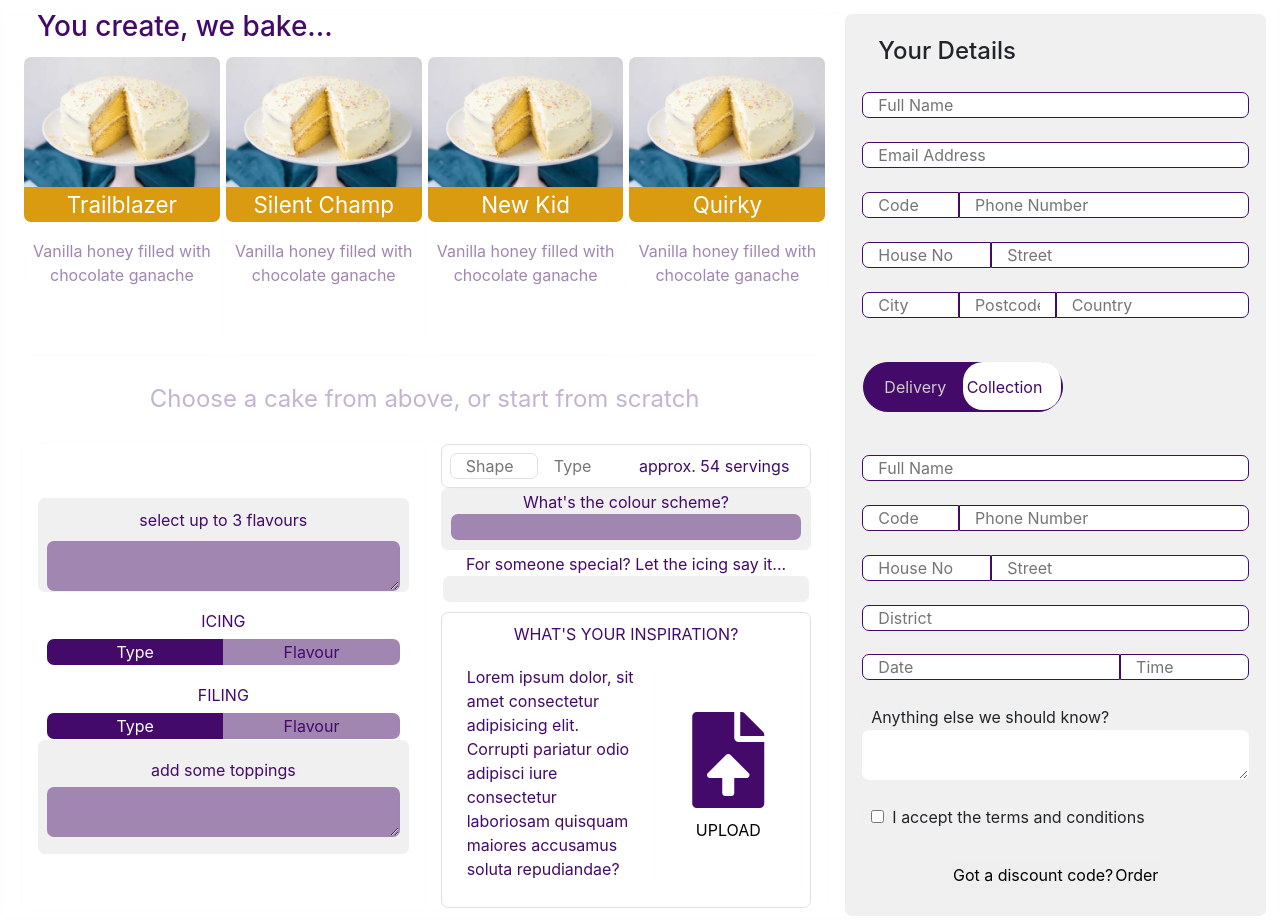
Repository: I-Alpha/BakeryOrderForm
Page: Order-Page.html
These files come from the project's save history. The page is drawn as it stood at one moment and after a run of saves; the edit follows.
The browser window is 1280 px wide. The pictures show the whole page.

Above is the page before, as saved 2020-12-29 05:12:33.

After the next 2 saves:
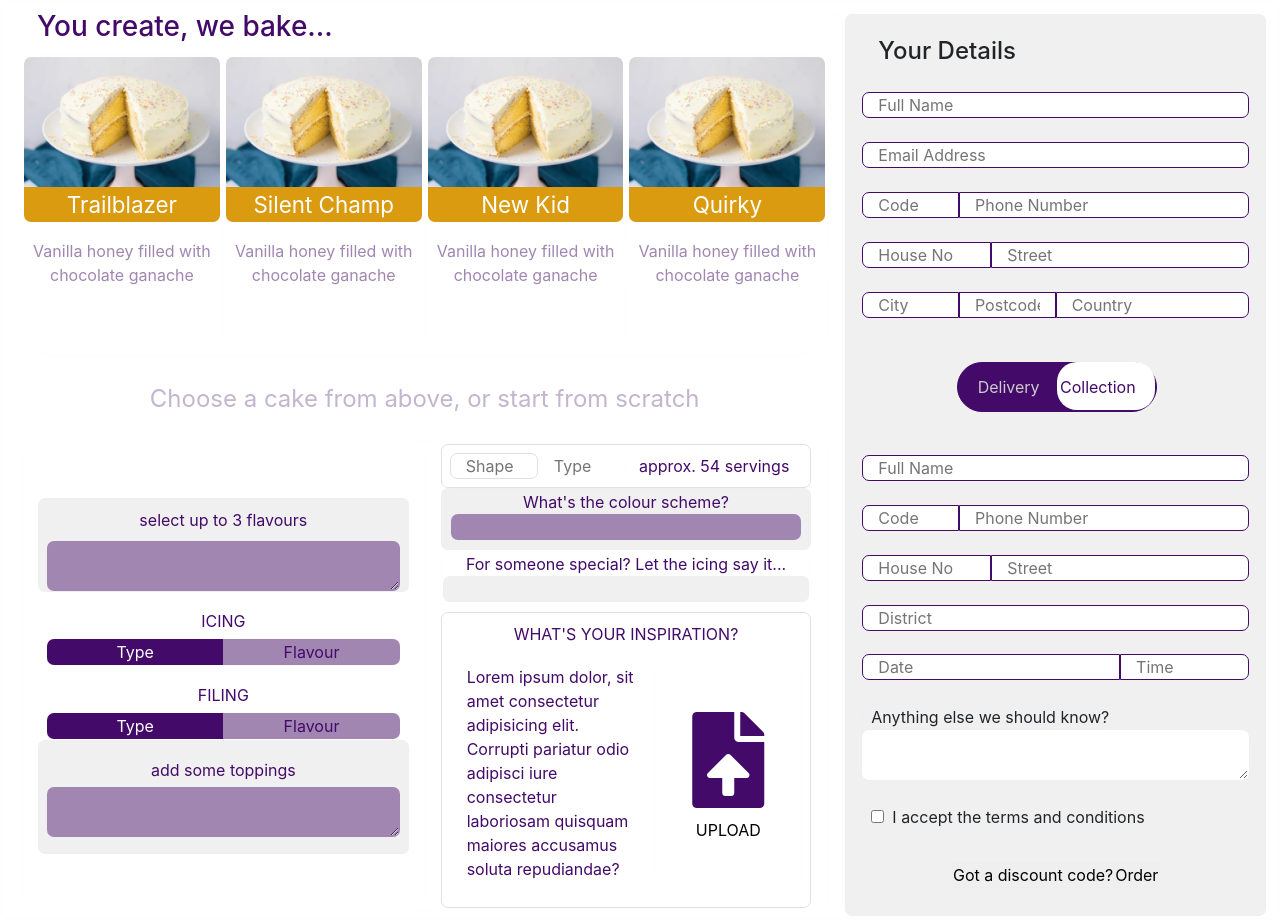
The 2 saves are shown as one change because they came seconds apart.
The last was saved 7 s later.
--- a/Order-Page.html
+++ b/Order-Page.html
@@ -623,7 +623,7 @@
                     <input class="col-3" style="border-radius: 0%;" placeholder="Postcode">
                     <input class="col-6 right-curve" placeholder="Country">
                 </div>
-                <div class="input-group d-flex w-100" justify-content-center>
+                <div class="input-group d-flex w-100 justify-content-center">
                     <span class="switcher switcher-1 ">
                         <input type="checkbox" id="switcher-1">
                         <label for="switcher-1"></label>
